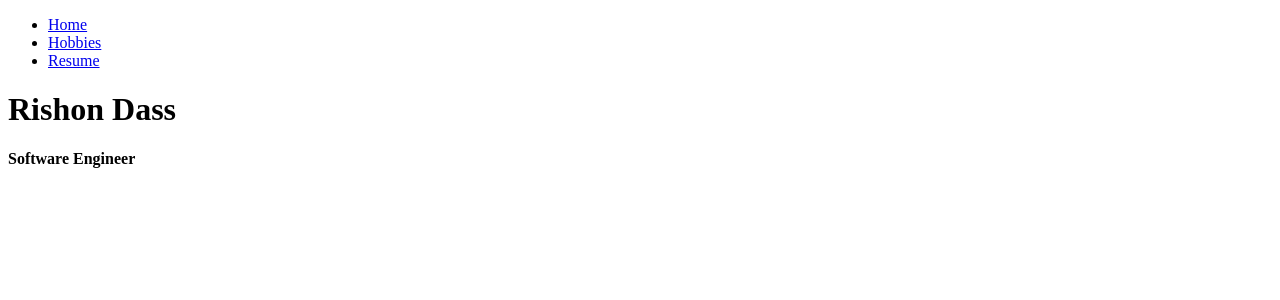
Repository: rishondass/ITMD361-Project1
Page: resume.html
The author's editor kept a copy of each file at every save. The page is drawn from the files as they stood at one save, then again after the next save.
The browser window is 1280 px wide. The pictures show the whole page.

Above is the page before, as saved 2023-02-22 15:18:55.

### resume.html
<!DOCTYPE html>
<html lang="en">
<head>
    <meta charset="UTF-8">
    <meta name="viewport" content="width=device-width, initial-scale=1.0">
    <title>Resume</title>
</head>
<body>
    <nav>
        <ul>
            <li>
                <a href="index.html">Home</a>
            </li>
            <li>
                <a href="hobbies.html">Hobbies</a>
            </li>
            <li>
                <a href="resume.html">Resume</a>
            </li>
        </ul>
    </nav>
    <div>
        <h1>Rishon Dass</h1>
        <h4>Software Engineer</h4>
        <p></p>
    </div>
    <div>

    </div>
</body>
</html>

After the next save:
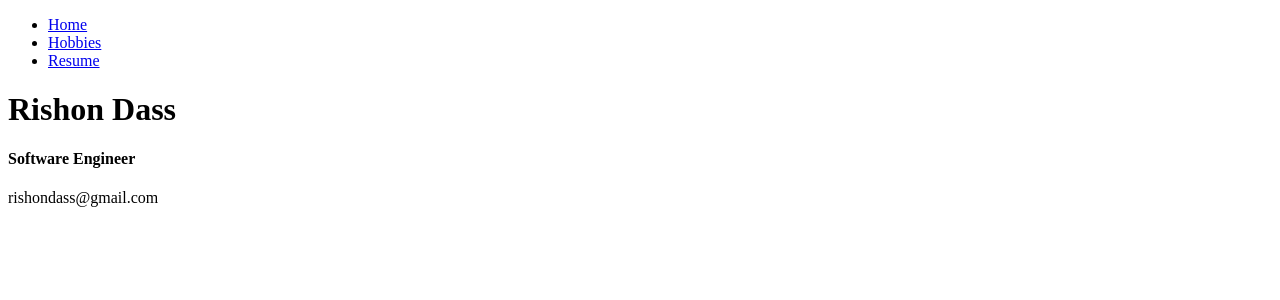
Saved 4 s later.
--- a/resume.html
+++ b/resume.html
@@ -22,7 +22,7 @@
     <div>
         <h1>Rishon Dass</h1>
         <h4>Software Engineer</h4>
-        <p></p>
+        <p>rishondass@gmail.com</p>
     </div>
     <div>
 
